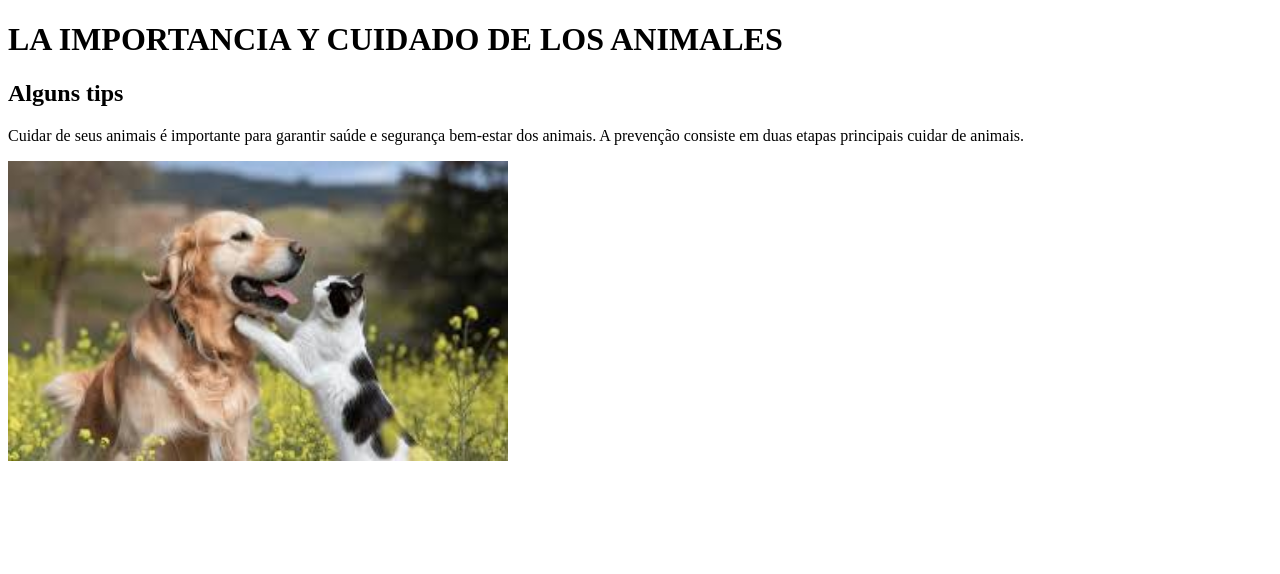
Repository: AnaFzCz/PROYECTOS-HTML---CSS2
Page: Ex_project_1/index.html
An editor plug-in stored every save of this project. The page is shown before and after the next save, followed by the edit.
The browser window is 1280 px wide. The pictures show the whole page.

Above is the page before, as saved 2025-01-20 06:48:39.

After the next save:
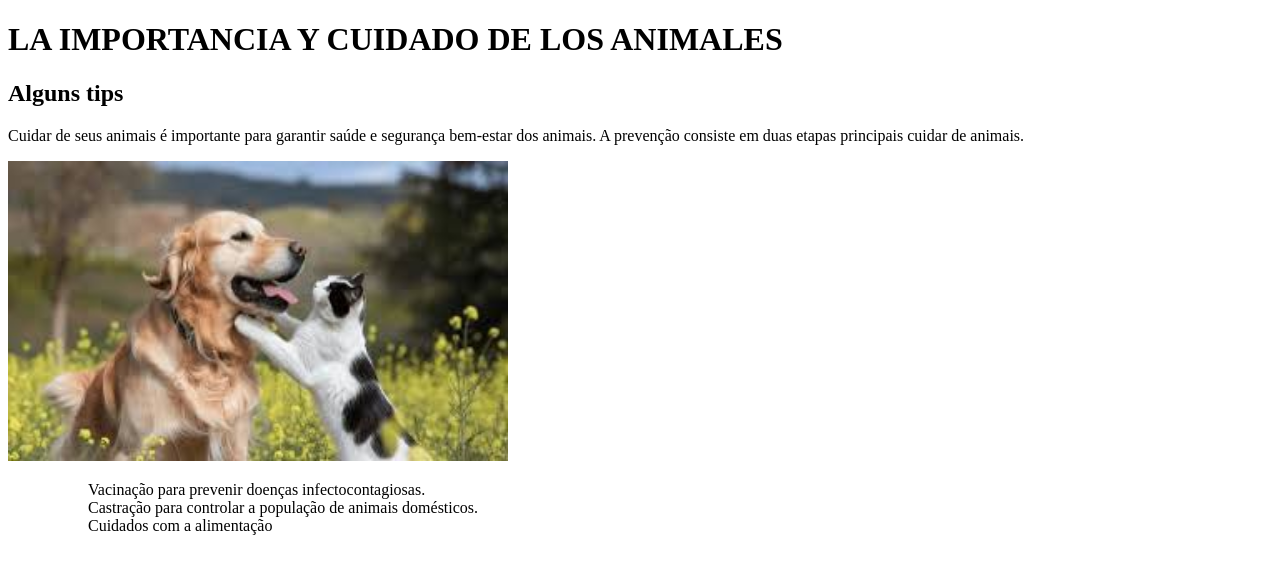
Saved 3 min 29 s later.
--- a/Ex_project_1/index.html
+++ b/Ex_project_1/index.html
@@ -8,4 +8,9 @@
     <h2>Alguns tips</h2>
     <p>Cuidar de seus animais é importante para garantir saúde e segurança bem-estar dos animais. A prevenção consiste em duas etapas principais cuidar de animais.</p>
     <img src="animales.jpg" alt="animales" style="width:500px;height: 300px;">
+    <ul>
+        <ol>Vacinação para prevenir doenças infectocontagiosas.</ol>
+        <ol>Castração para controlar a população de animais domésticos.</ol>
+        <ol>Cuidados com a alimentação</ol>
+    </ul>
 </body>
